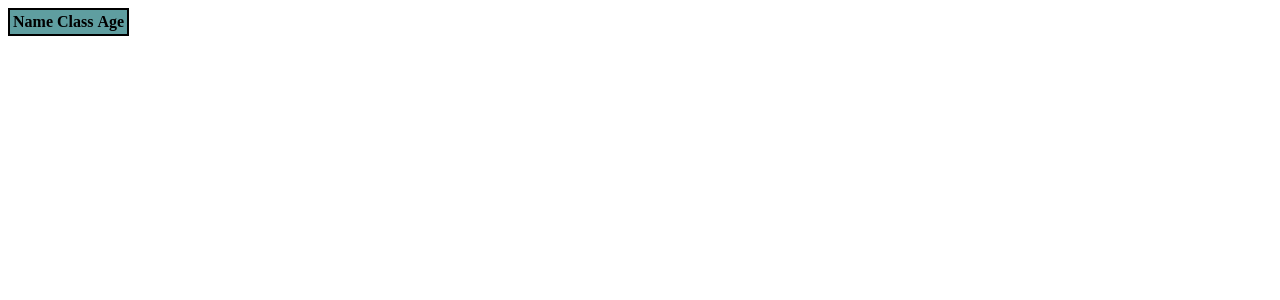
Repository: amit-prajapati8900/project
Page: http://localhost/home
An editor plug-in stored every save of this project. The page is shown before and after the next save, followed by the edit.
The browser window is 1280 px wide. The pictures show the whole page.
The page is served by the project's Node server (rendernig.js). Queries for data that is not in the repository find no rows.

Above is the page before, as saved 2026-01-25 23:31:34.

After the next save:
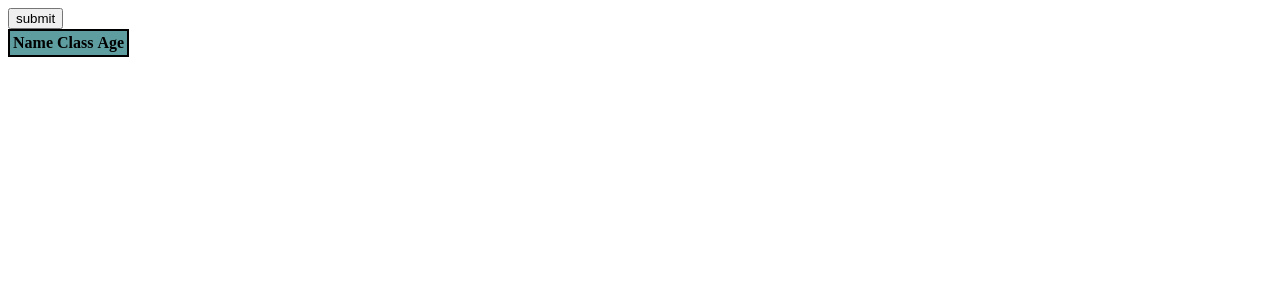
Saved 11 h 29 min later.
--- a/views/show.ejs
+++ b/views/show.ejs
@@ -7,6 +7,10 @@
 </head>
 <body>
     <div>
+
+        <form action="/new" method="get">
+            <button type="submit">submit</button>
+        </form>
 <table style="border: 2px solid black; background-color: cadetblue;">
     <tr>
         <th>Name</th>
